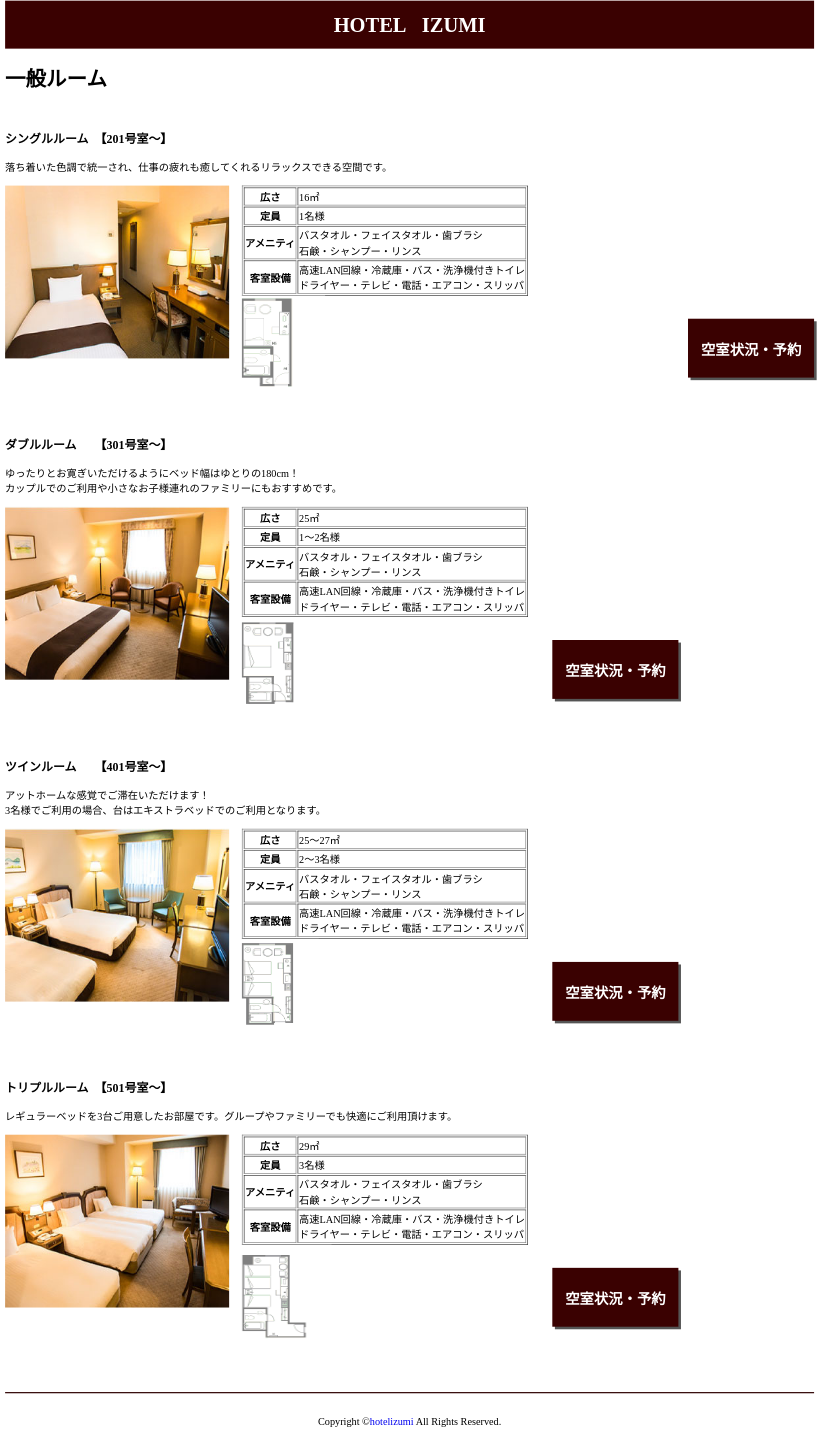
Repository: sep-dev/hotel_site
Page: http://localhost/HOTEL_IZUMI/general
An editor plug-in stored every save of this project. The page is shown before and after the next save, followed by the edit.
The browser window is 1280 px wide. The pictures show the whole page, at 64% of full size.
The page is served by Tomcat 9.

Above is the page before, as saved 2016-05-26 00:45:40.

After the next save:
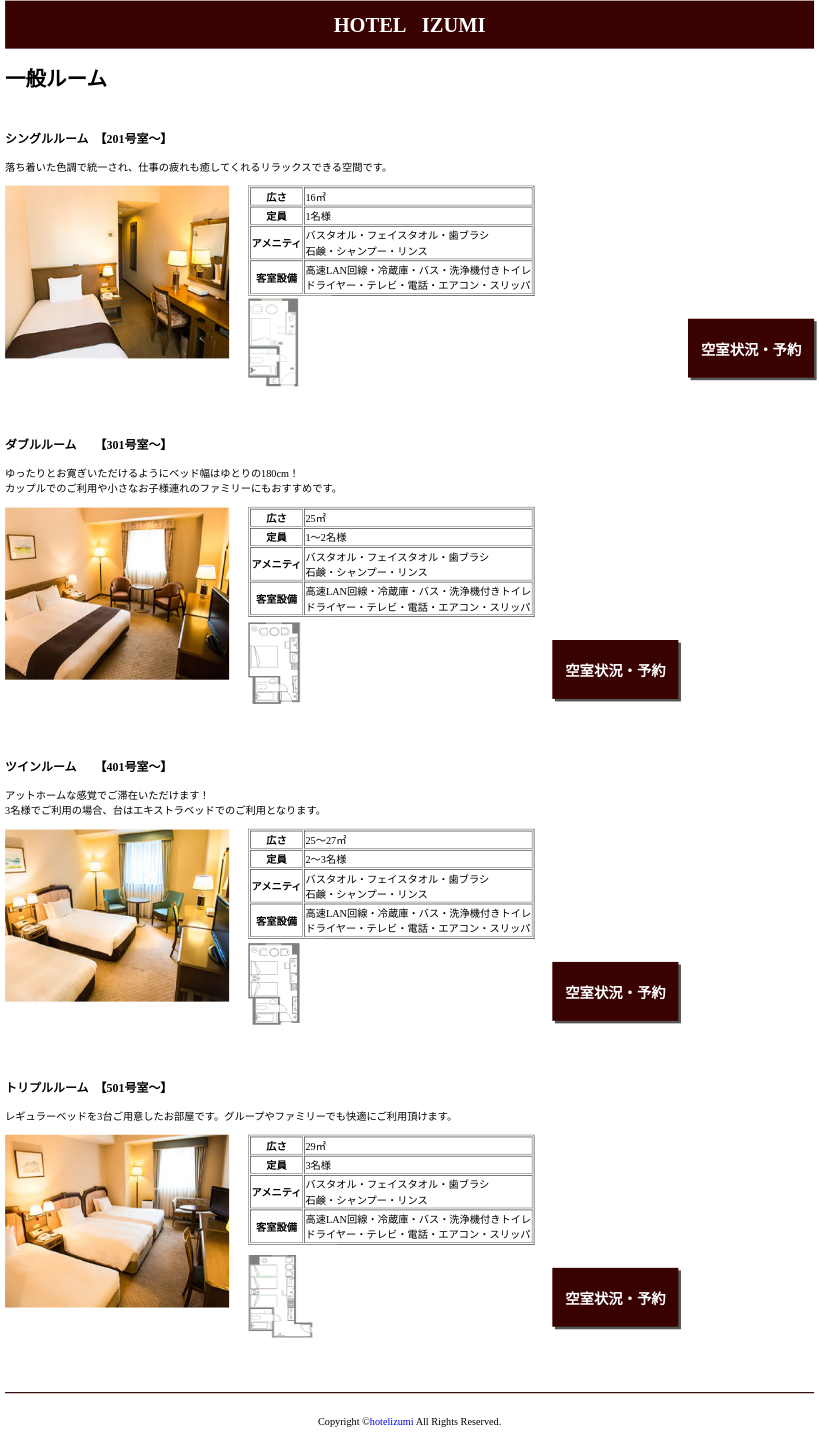
Saved 33 s later.
--- a/HOTEL_IZUMI/src/main/webapp/WEB-INF/views/general.jsp
+++ b/HOTEL_IZUMI/src/main/webapp/WEB-INF/views/general.jsp
@@ -8,7 +8,7 @@
     <title>客室のご案内</title>
     <style type="text/css">
       div.example img {
-        margin: 0px 20px 0px 0px;
+        margin: 0px 30px 0px 0px;
       }
       <%@include file="../css/style.css" %>
     </style>

After the save that followed:
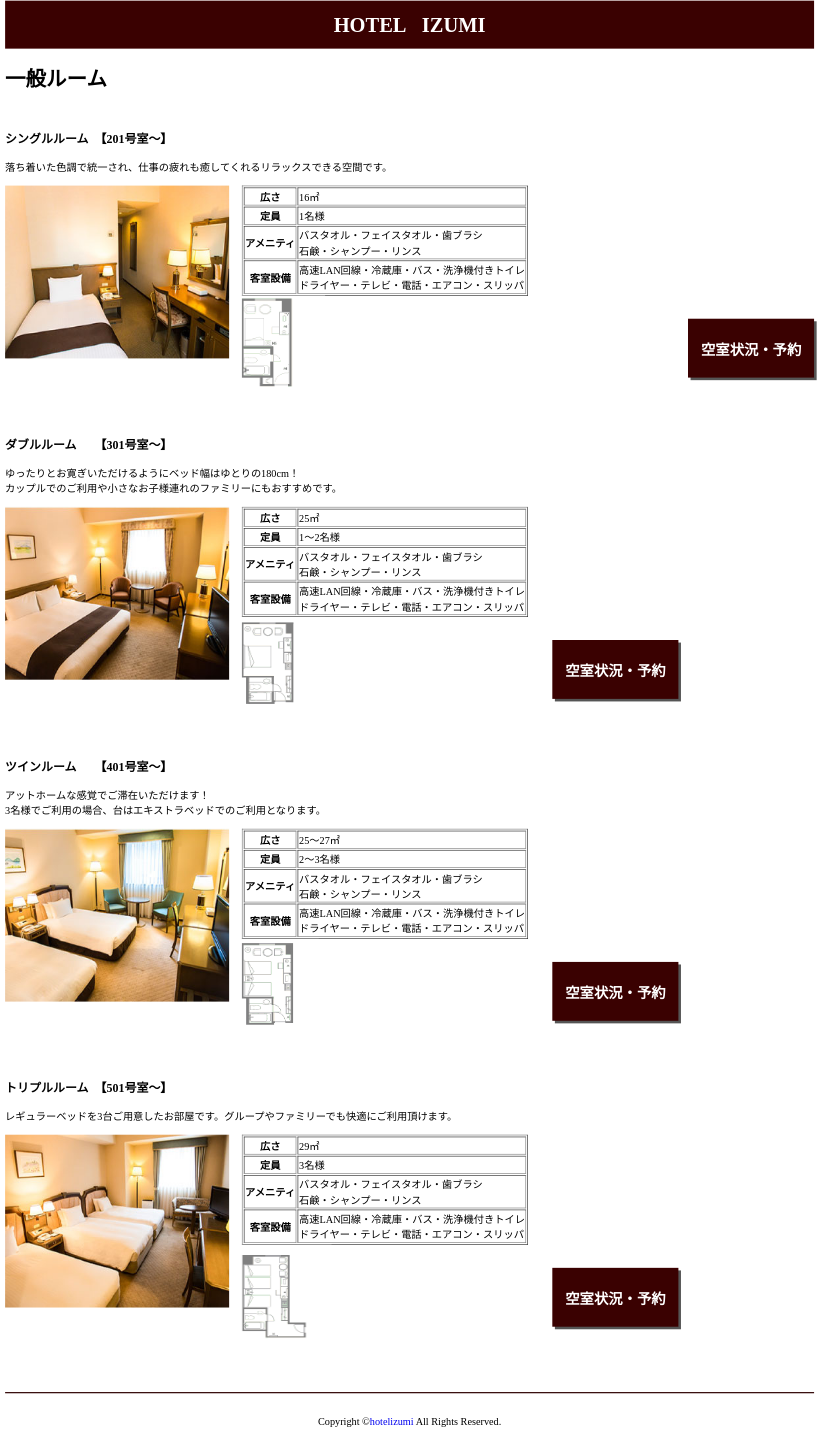
Saved 9 s later.
--- a/HOTEL_IZUMI/src/main/webapp/WEB-INF/views/general.jsp
+++ b/HOTEL_IZUMI/src/main/webapp/WEB-INF/views/general.jsp
@@ -8,7 +8,7 @@
     <title>客室のご案内</title>
     <style type="text/css">
       div.example img {
-        margin: 0px 30px 0px 0px;
+        margin: 0px 20px 0px 0px;
       }
       <%@include file="../css/style.css" %>
     </style>
